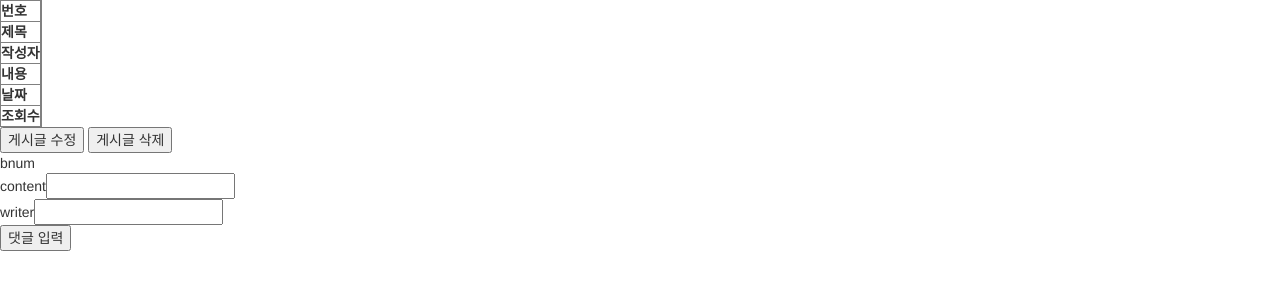
Repository: changyunLee/practice_01
Page: http://localhost/board0513/WEB-INF/views/detail.jsp
The author's editor kept a copy of each file at every save. The page is drawn from the files as they stood at one save, then again after the next save.
The browser window is 1280 px wide. The pictures show the whole page.
The page is served by Tomcat 9. Nobody is signed in. The template is opened directly, without the code that normally fills it, so the values that code supplies are empty.

Above is the page before, as saved 2021-10-05 03:14:03.

After the next save:
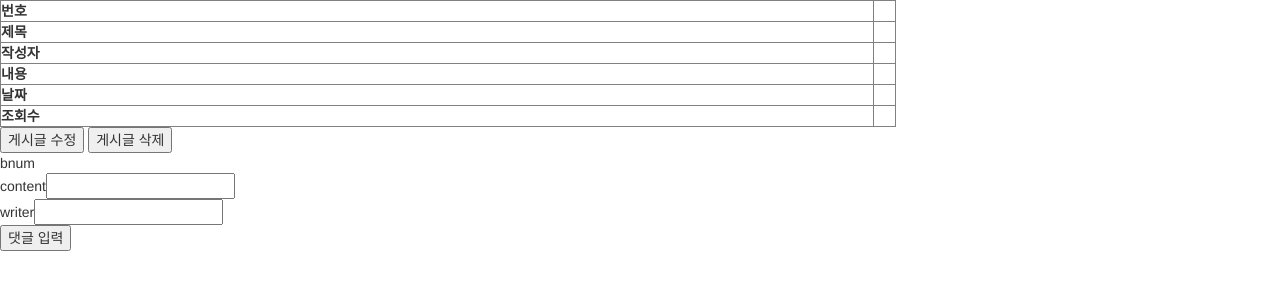
Saved 19 s later.
--- a/SpringMVC_WORK/board0513/src/main/webapp/WEB-INF/views/detail.jsp
+++ b/SpringMVC_WORK/board0513/src/main/webapp/WEB-INF/views/detail.jsp
@@ -38,8 +38,7 @@
    </script>
 </head>
 <body>
-
-	<table border="1">
+	<table border="1" width="70%">
 
 	<tr>
 		<th>번호</th>
